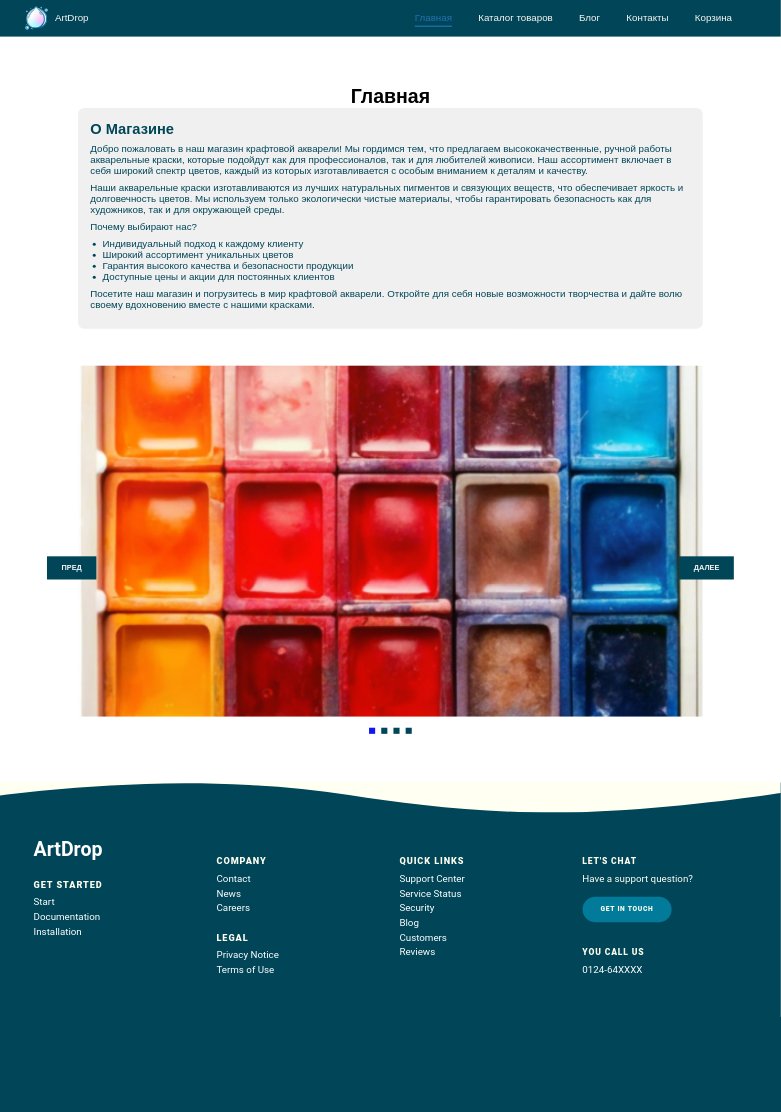
Repository: mnats725/art-drop
Page: index.html
The author's editor kept a copy of each file at every save. The page is drawn from the files as they stood at one save, then again after the next save.
The browser window is 1280 px wide. The pictures show the whole page, at 61% of full size.

Above is the page before, as saved 2024-05-21 00:17:24.

After the next save:
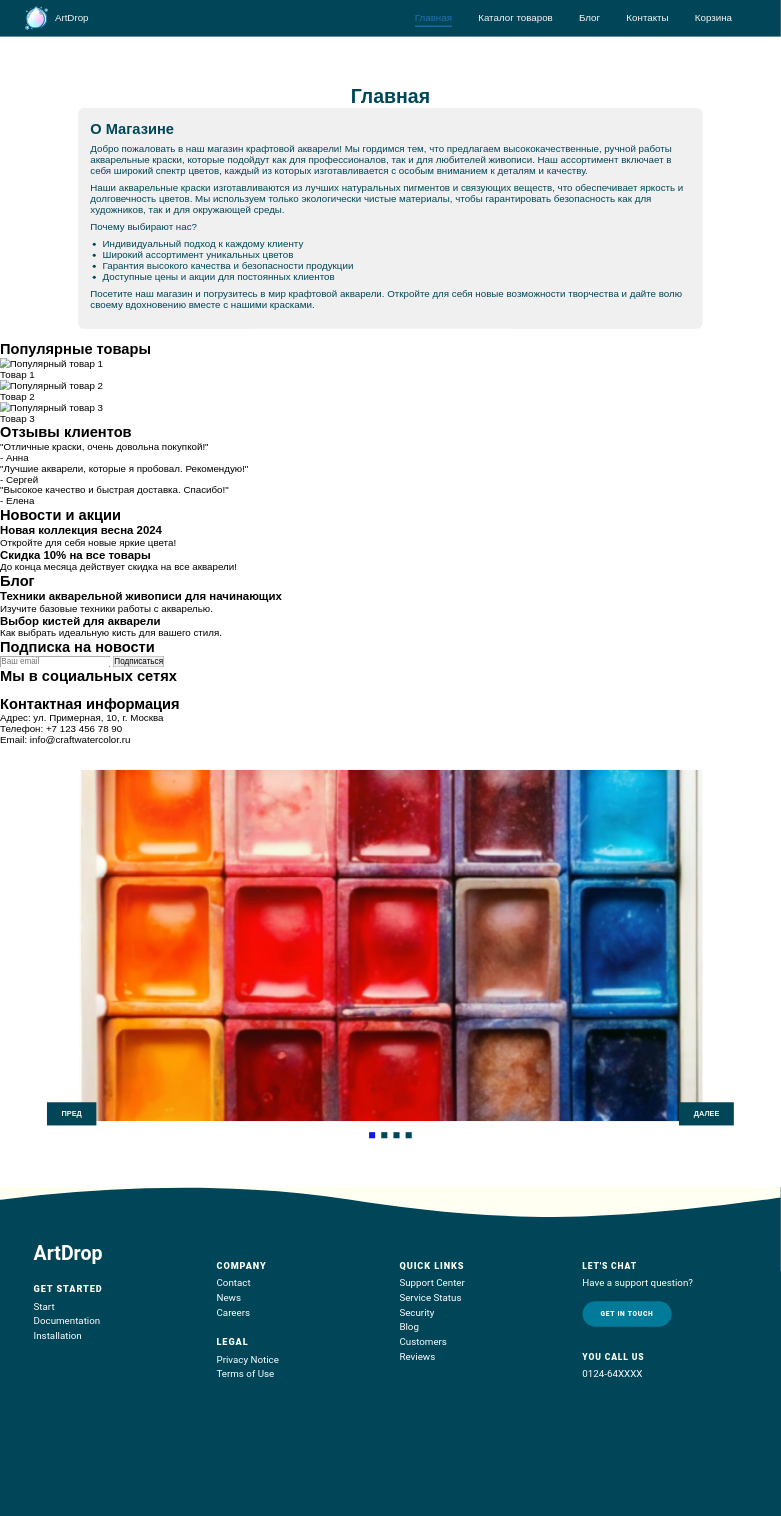
Not found: assets/img/product_1.jpg
Not found: assets/img/product_2.jpg
Not found: assets/img/product_3.jpg
Saved 2 min 53 s later.
--- a/index.html
+++ b/index.html
@@ -37,8 +37,9 @@
     </div>
 
     <div class="content">
-        <h1 class="content-title">Главная</h1>
-        <section class="store-info">
+      <h1 class="content-title" style="color: #004658;">Главная</h1>
+
+      <section class="store-info">
           <h2>О Магазине</h2>
           <p>Добро пожаловать в наш магазин крафтовой акварели! Мы гордимся тем, что предлагаем высококачественные, ручной работы акварельные краски, которые подойдут как для профессионалов, так и для любителей живописи. Наш ассортимент включает в себя широкий спектр цветов, каждый из которых изготавливается с особым вниманием к деталям и качеству.</p>
           <p>Наши акварельные краски изготавливаются из лучших натуральных пигментов и связующих веществ, что обеспечивает яркость и долговечность цветов. Мы используем только экологически чистые материалы, чтобы гарантировать безопасность как для художников, так и для окружающей среды.</p>
@@ -50,28 +51,118 @@
               <li>Доступные цены и акции для постоянных клиентов</li>
           </ul>
           <p>Посетите наш магазин и погрузитесь в мир крафтовой акварели. Откройте для себя новые возможности творчества и дайте волю своему вдохновению вместе с нашими красками.</p>
-       </section>
-        <main class="carousel-container">
-            <div class="carousel">
-              <div class="item active">
-                <img src="./assets/img/colores/photo_1_2024-05-20_20-57-42.jpg" alt="Image 1" />
-              </div>
-              <div class="item">
-                <img src="./assets//img/colores/photo_2_2024-05-20_20-57-42.jpg" alt="Image 2" />
-              </div>
-              <div class="item">
-                <img src="./assets/img/colores/photo_3_2024-05-20_20-57-42.jpg" alt="Image 3" />
-              </div>
-              <div class="item">
-                <img src="./assets/img/colores/photo_4_2024-05-20_20-57-42.jpg" alt="Image 4" />
-              </div>
-            </div>
-            <button class="btn prev">Пред</button>
-            <button class="btn next">Далее</button>
-            <br>
-            <div class="dots"></div>
-          </main>
-    </div>
+      </section>
+
+      <section class="popular-products">
+          <h2>Популярные товары</h2>
+          <div class="product-list">
+              <div class="product-item">
+                  <img src="./assets/img/product_1.jpg" alt="Популярный товар 1" />
+                  <p>Товар 1</p>
+              </div>
+              <div class="product-item">
+                  <img src="./assets/img/product_2.jpg" alt="Популярный товар 2" />
+                  <p>Товар 2</p>
+              </div>
+              <div class="product-item">
+                  <img src="./assets/img/product_3.jpg" alt="Популярный товар 3" />
+                  <p>Товар 3</p>
+              </div>
+          </div>
+      </section>
+
+      <section class="customer-reviews">
+          <h2>Отзывы клиентов</h2>
+          <div class="review-list">
+              <div class="review-item">
+                  <p>"Отличные краски, очень довольна покупкой!"</p>
+                  <p>- Анна</p>
+              </div>
+              <div class="review-item">
+                  <p>"Лучшие акварели, которые я пробовал. Рекомендую!"</p>
+                  <p>- Сергей</p>
+              </div>
+              <div class="review-item">
+                  <p>"Высокое качество и быстрая доставка. Спасибо!"</p>
+                  <p>- Елена</p>
+              </div>
+          </div>
+      </section>
+
+      <section class="news">
+          <h2>Новости и акции</h2>
+          <div class="news-list">
+              <div class="news-item">
+                  <h3>Новая коллекция весна 2024</h3>
+                  <p>Откройте для себя новые яркие цвета!</p>
+              </div>
+              <div class="news-item">
+                  <h3>Скидка 10% на все товары</h3>
+                  <p>До конца месяца действует скидка на все акварели!</p>
+              </div>
+          </div>
+      </section>
+
+      <section class="blog">
+          <h2>Блог</h2>
+          <div class="blog-list">
+              <div class="blog-item">
+                  <h3>Техники акварельной живописи для начинающих</h3>
+                  <p>Изучите базовые техники работы с акварелью.</p>
+              </div>
+              <div class="blog-item">
+                  <h3>Выбор кистей для акварели</h3>
+                  <p>Как выбрать идеальную кисть для вашего стиля.</p>
+              </div>
+          </div>
+      </section>
+
+      <section class="newsletter">
+          <h2>Подписка на новости</h2>
+          <form>
+              <input type="email" placeholder="Ваш email" required>
+              <button type="submit">Подписаться</button>
+          </form>
+      </section>
+
+      <section class="social-media">
+          <h2>Мы в социальных сетях</h2>
+          <div class="social-links">
+              <a href="#">Facebook</a>
+              <a href="#">Instagram</a>
+              <a href="#">Twitter</a>
+          </div>
+      </section>
+
+      <section class="contact-info">
+          <h2>Контактная информация</h2>
+          <p>Адрес: ул. Примерная, 10, г. Москва</p>
+          <p>Телефон: +7 123 456 78 90</p>
+          <p>Email: info@craftwatercolor.ru</p>
+          <div id="map"></div>
+      </section>
+
+      <main class="carousel-container">
+          <div class="carousel">
+            <div class="item active">
+              <img src="./assets/img/colores/photo_1_2024-05-20_20-57-42.jpg" alt="Image 1" />
+            </div>
+            <div class="item">
+              <img src="./assets//img/colores/photo_2_2024-05-20_20-57-42.jpg" alt="Image 2" />
+            </div>
+            <div class="item">
+              <img src="./assets/img/colores/photo_3_2024-05-20_20-57-42.jpg" alt="Image 3" />
+            </div>
+            <div class="item">
+              <img src="./assets/img/colores/photo_4_2024-05-20_20-57-42.jpg" alt="Image 4" />
+            </div>
+          </div>
+          <button class="btn prev">Пред</button>
+          <button class="btn next">Далее</button>
+          <br>
+          <div class="dots"></div>
+      </main>
+  </div>
 
     <div class="pg-footer">
         <footer class="footer">
